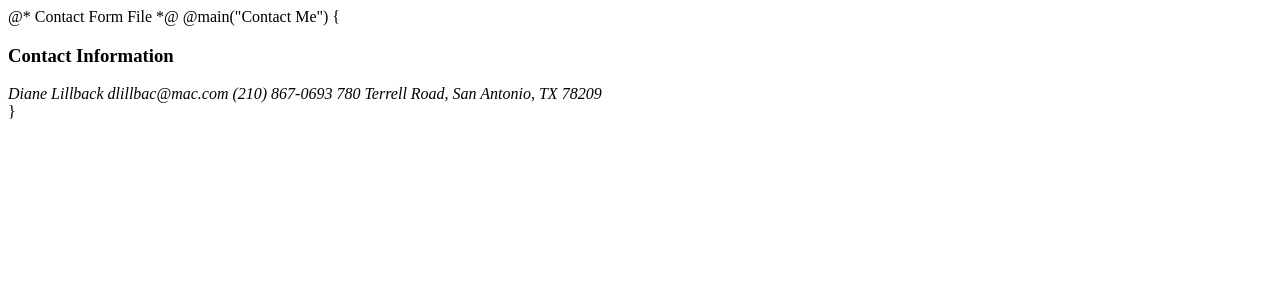
Repository: arthurfeeney/Interior-Design
Page: server/app/views/contact.scala.html
An editor plug-in stored every save of this project. The page is shown before and after the next save, followed by the edit.
The browser window is 1280 px wide. The pictures show the whole page.

Above is the page before, as saved 2019-03-31 19:21:13.

After the next save:
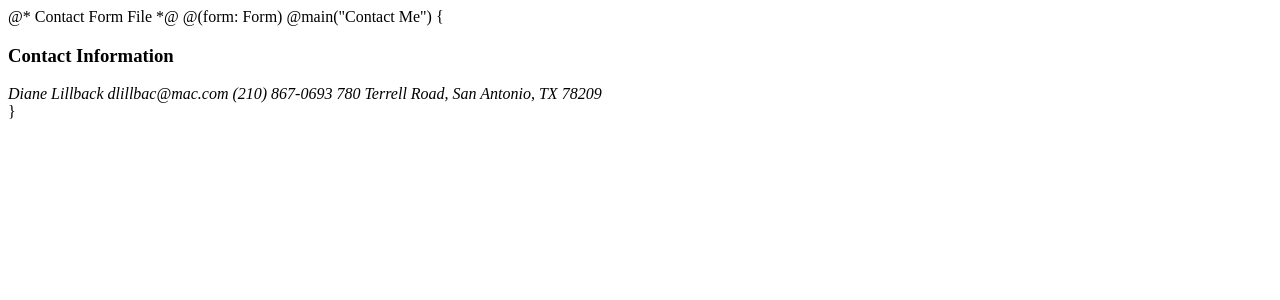
Saved 18 min 38 s later.
--- a/server/app/views/contact.scala.html
+++ b/server/app/views/contact.scala.html
@@ -1,4 +1,6 @@
 @* Contact Form File *@
+@(form: Form)
+
 @main("Contact Me") {
 <h3> Contact Information</h3>
 <address>

After the save that followed:
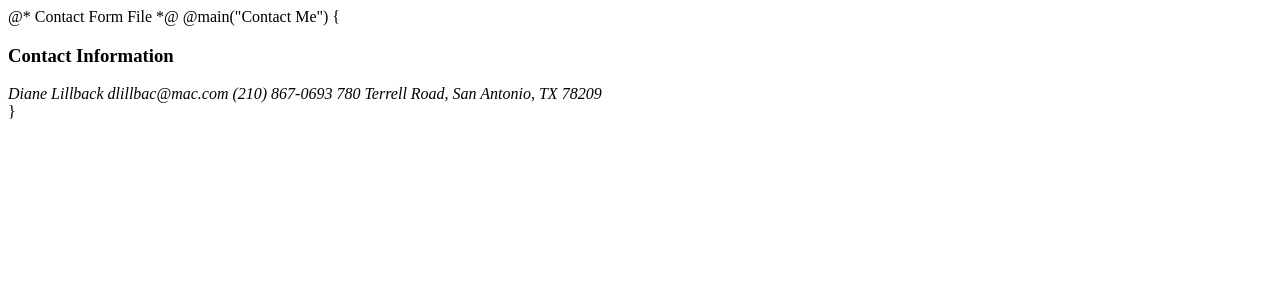
Saved 84 s later.
--- a/server/app/views/contact.scala.html
+++ b/server/app/views/contact.scala.html
@@ -1,5 +1,5 @@
 @* Contact Form File *@
-@(form: Form)
+
 
 @main("Contact Me") {
 <h3> Contact Information</h3>
